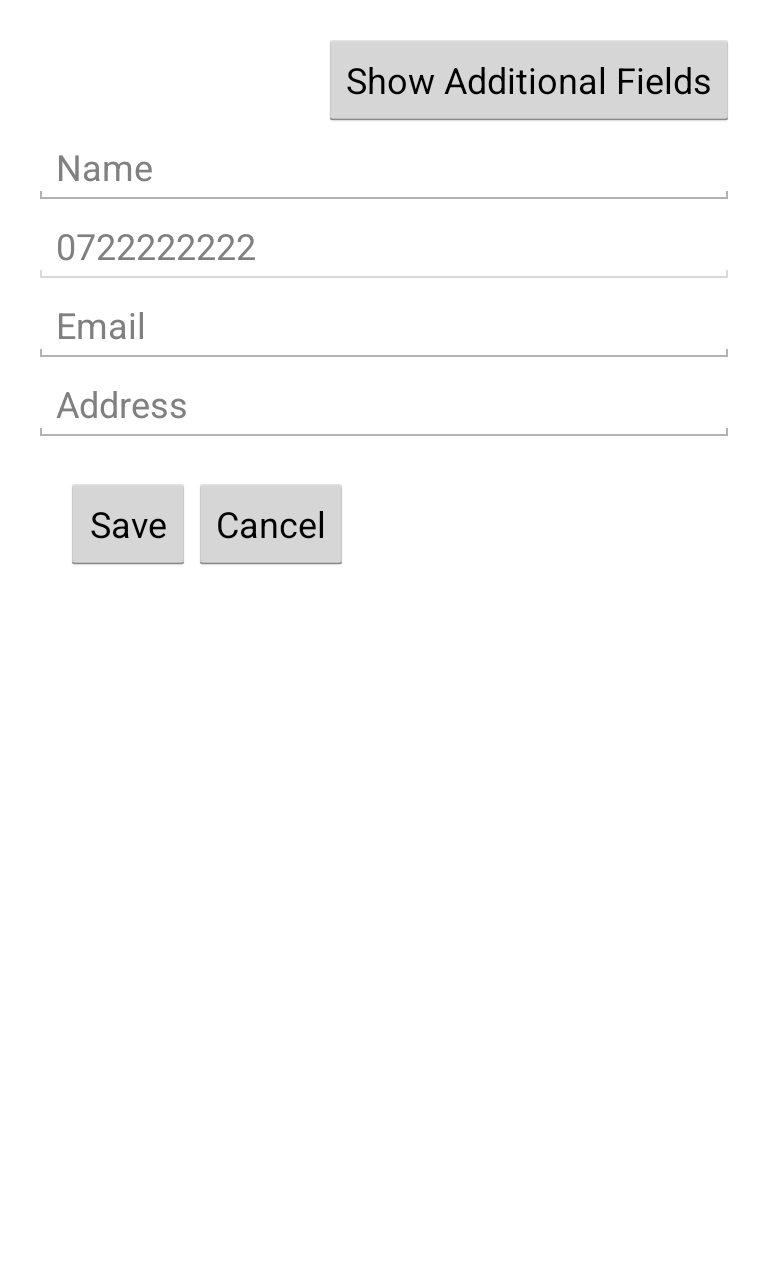
Repository: andreeastoican/Laborator04
Layout: ContactsManager/res/layout/fragment_basic_details.xml
An editor plug-in stored every save of this project. The layout is shown before and after the next save, followed by the edit.
It is drawn on a 768 x 1280 px phone screen (xhdpi) without system bars, with theme AppTheme; the app's code is not run.

Above is the layout before, as saved 2015-03-17 19:52:42.

### ContactsManager/res/layout/fragment_basic_details.xml
<LinearLayout xmlns:android="http://schemas.android.com/apk/res/android"
    xmlns:tools="http://schemas.android.com/tools"
    android:id="@+id/containerTop"
    android:layout_width="match_parent"
    android:layout_height="match_parent"
    android:paddingBottom="@dimen/activity_vertical_margin"
    android:paddingLeft="@dimen/activity_horizontal_margin"
    android:paddingRight="@dimen/activity_horizontal_margin"
    android:paddingTop="@dimen/activity_vertical_margin"
    android:orientation="vertical"
    tools:context="ro.pub.cs.systems.pdsd.lab04.contactsmanager.BasicDetailsFragment" >

    	<Button
	       android:id="@+id/id_additional_filed_show"
	       android:text="Show Additional Fields"
	       android:layout_height="wrap_content"
	       android:layout_width="wrap_content"
	       android:layout_gravity="right"/>
    	<Button
	       android:id="@+id/id_additional_filed_hide"
	       android:text="Hide Additional Fields"
	       android:layout_height="wrap_content"
	       android:layout_width="wrap_content"
	       android:layout_gravity="right"
	       android:visibility="gone"/>
	   <EditText
	       android:id="@+id/id_name"
	       android:layout_width="fill_parent"
	       android:layout_height="wrap_content"
	       android:inputType="textPersonName"
	       android:hint="Name"/>
	   <EditText
	       android:id="@+id/id_phone"
	       android:layout_width="fill_parent"
	       android:layout_height="wrap_content"
	       android:inputType="phone"
	       android:enabled="false"
	       android:hint="0722222222"/>
	   <EditText
	       android:id="@+id/id_email"
	       android:layout_width="fill_parent"
	       android:layout_height="wrap_content"
	       android:inputType="textEmailAddress"
	       android:hint="Email"/>
	   <EditText
	       android:id="@+id/id_address"
	       android:layout_width="fill_parent"
	       android:layout_height="wrap_content"
	       android:inputType="text"
	       android:hint="Address"/>

	   <LinearLayout
	       android:layout_width="match_parent"
	       android:layout_height="match_parent"
	       android:orientation="horizontal"
	       android:paddingBottom="@dimen/activity_vertical_margin"
	       android:paddingLeft="@dimen/activity_horizontal_margin"
	       android:paddingRight="@dimen/activity_horizontal_margin"
	       android:paddingTop="@dimen/activity_vertical_margin"
	       tools:context="ro.pub.cs.systems.pdsd.lab04.contactsmanager.BasicDetailsFragment" >

	       <Button
	           android:id="@+id/id_save"
	           android:layout_width="wrap_content"
	           android:layout_height="wrap_content"
	           android:layout_gravity="center_horizontal"
	           android:text="Save" />

	       <Button
	           android:id="@+id/id_cancel"
	           android:layout_width="wrap_content"
	           android:layout_height="wrap_content"
	           android:layout_gravity="center_horizontal"
	           android:text="Cancel" />
	   </LinearLayout>

</LinearLayout>

Loaded but not shown: ContactsManager/res/values/styles.xml (common file); ContactsManager/res/values-v11/styles.xml (common file); ContactsManager/res/values-v14/styles.xml (common file); ContactsManager/res/values/dimens.xml (common file); ContactsManager/res/values-w820dp/dimens.xml (common file)

After the next save:
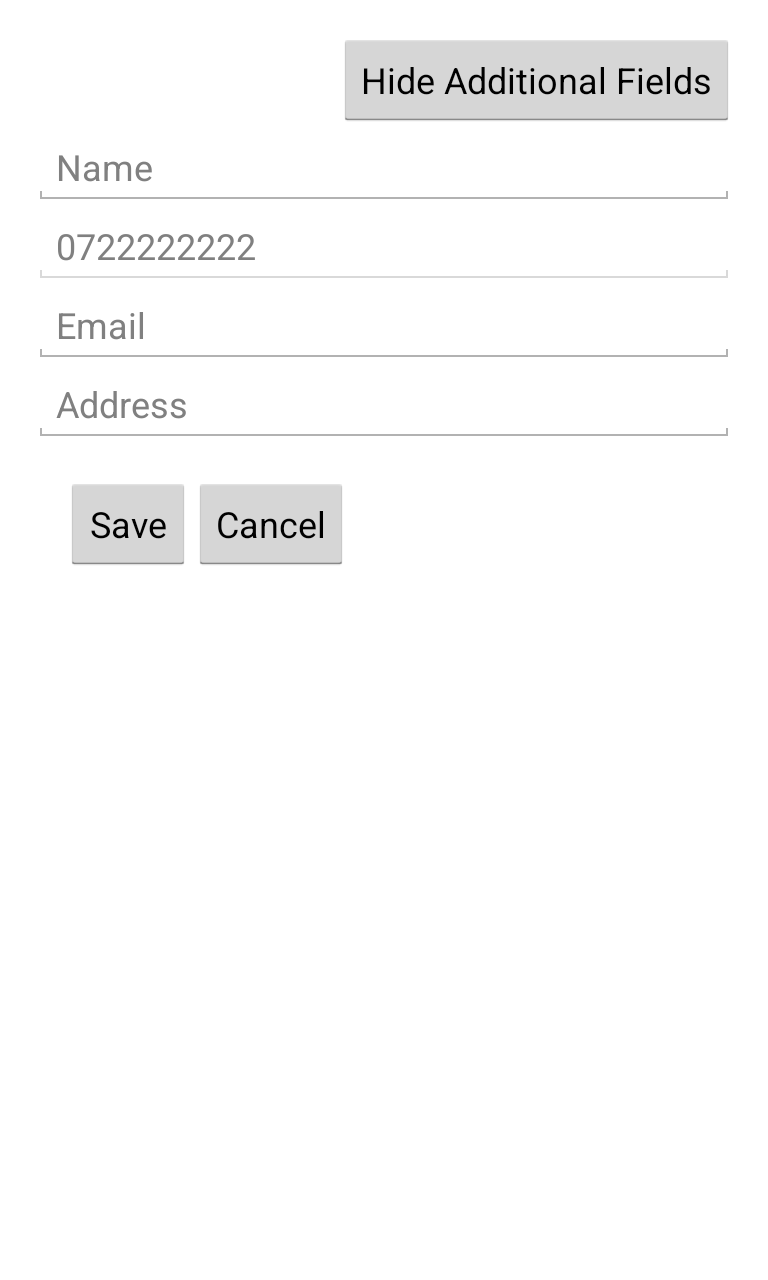
Saved 10 s later.
--- a/ContactsManager/res/layout/fragment_basic_details.xml
+++ b/ContactsManager/res/layout/fragment_basic_details.xml
@@ -15,14 +15,15 @@
 	       android:text="Show Additional Fields"
 	       android:layout_height="wrap_content"
 	       android:layout_width="wrap_content"
-	       android:layout_gravity="right"/>
+	       android:layout_gravity="right"
+	       android:visibility="gone"/>
     	<Button
 	       android:id="@+id/id_additional_filed_hide"
 	       android:text="Hide Additional Fields"
 	       android:layout_height="wrap_content"
 	       android:layout_width="wrap_content"
 	       android:layout_gravity="right"
-	       android:visibility="gone"/>
+	       />
 	   <EditText
 	       android:id="@+id/id_name"
 	       android:layout_width="fill_parent"

After the save that followed:
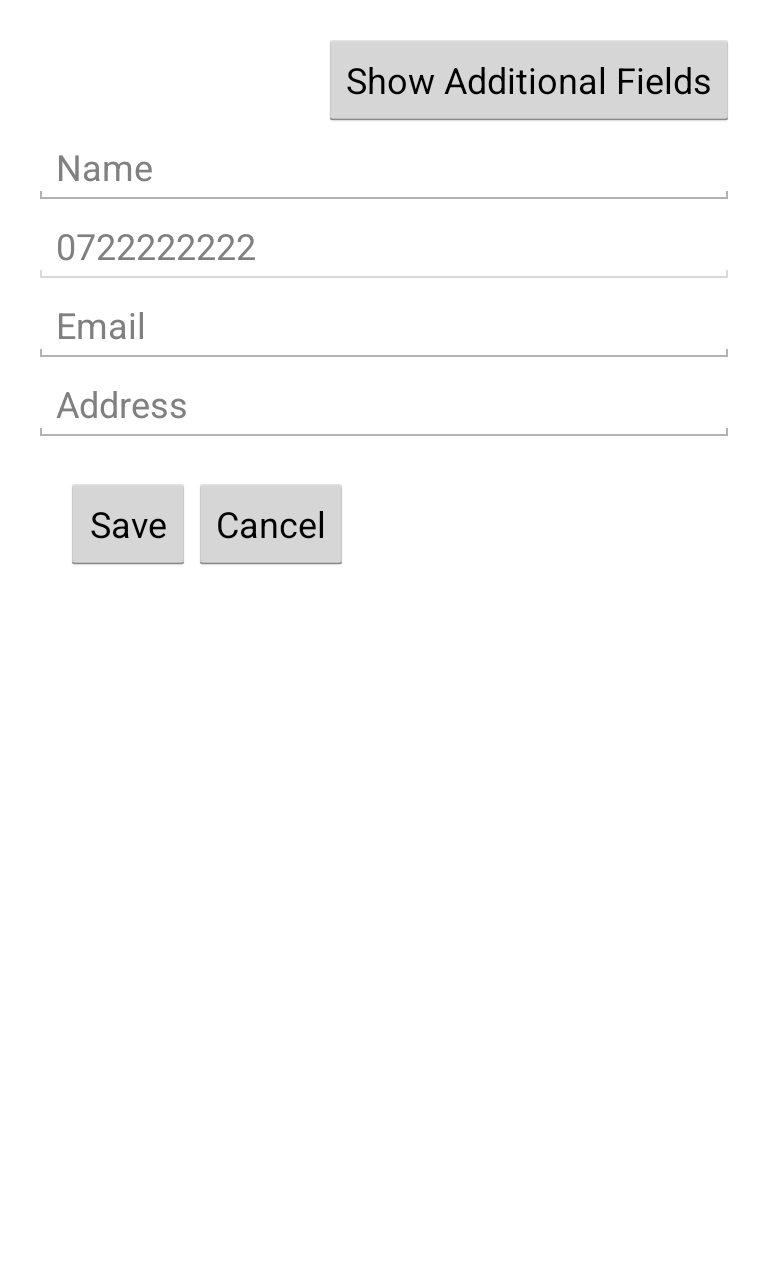
Saved 6 s later.
--- a/ContactsManager/res/layout/fragment_basic_details.xml
+++ b/ContactsManager/res/layout/fragment_basic_details.xml
@@ -15,15 +15,14 @@
 	       android:text="Show Additional Fields"
 	       android:layout_height="wrap_content"
 	       android:layout_width="wrap_content"
-	       android:layout_gravity="right"
-	       android:visibility="gone"/>
+	       android:layout_gravity="right"/>
     	<Button
 	       android:id="@+id/id_additional_filed_hide"
 	       android:text="Hide Additional Fields"
 	       android:layout_height="wrap_content"
 	       android:layout_width="wrap_content"
 	       android:layout_gravity="right"
-	       />
+	       android:visibility="gone"/>
 	   <EditText
 	       android:id="@+id/id_name"
 	       android:layout_width="fill_parent"
